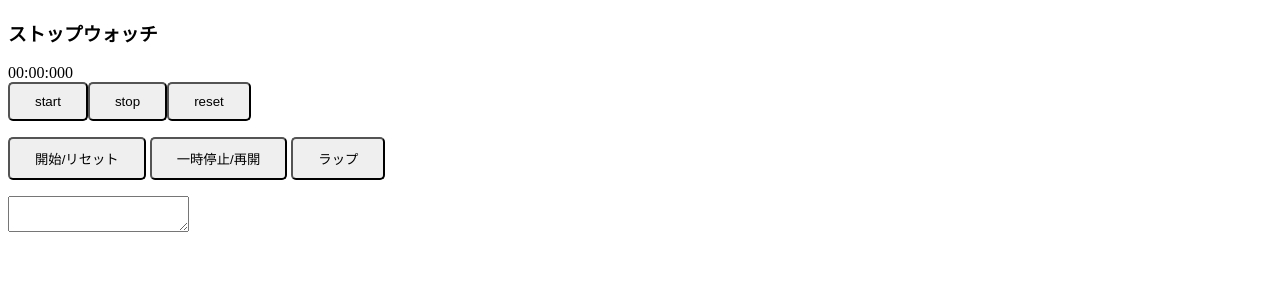
Repository: syokaturyou/potepan
Page: stop.html
The author's editor kept a record of every edit. The page is drawn from the files as they stood at one moment, then again after the next edit.
The browser window is 1280 px wide. The pictures show the whole page.

Above is the page before.
Console error: TypeError: Cannot read properties of null (reading 'addEventListener')

After the next edit:
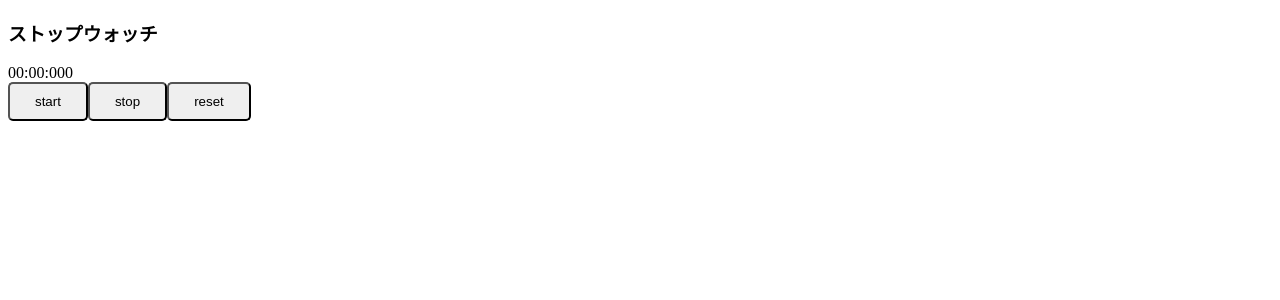
The edit:
--- a/stop.html
+++ b/stop.html
@@ -27,12 +27,12 @@
           <button id="reset">reset</button>
 
 
-          <p><button id="start">開始/リセット</button>
-             <button id="pause">一時停止/再開</button>
-             <button id="wrap">ラップ</button>
-          </p>
-          <p id="watchArea"></p>
-          <textarea id="wrapArea"></textarea>
+          <!--<p><button id="start">開始/リセット</button>-->
+          <!--   <button id="pause">一時停止/再開</button>-->
+          <!--   <button id="wrap">ラップ</button>-->
+          <!--</p>-->
+          <!--<p id="watchArea"></p>-->
+          <!--<textarea id="wrapArea"></textarea>-->
         </table>
 
       </body>
